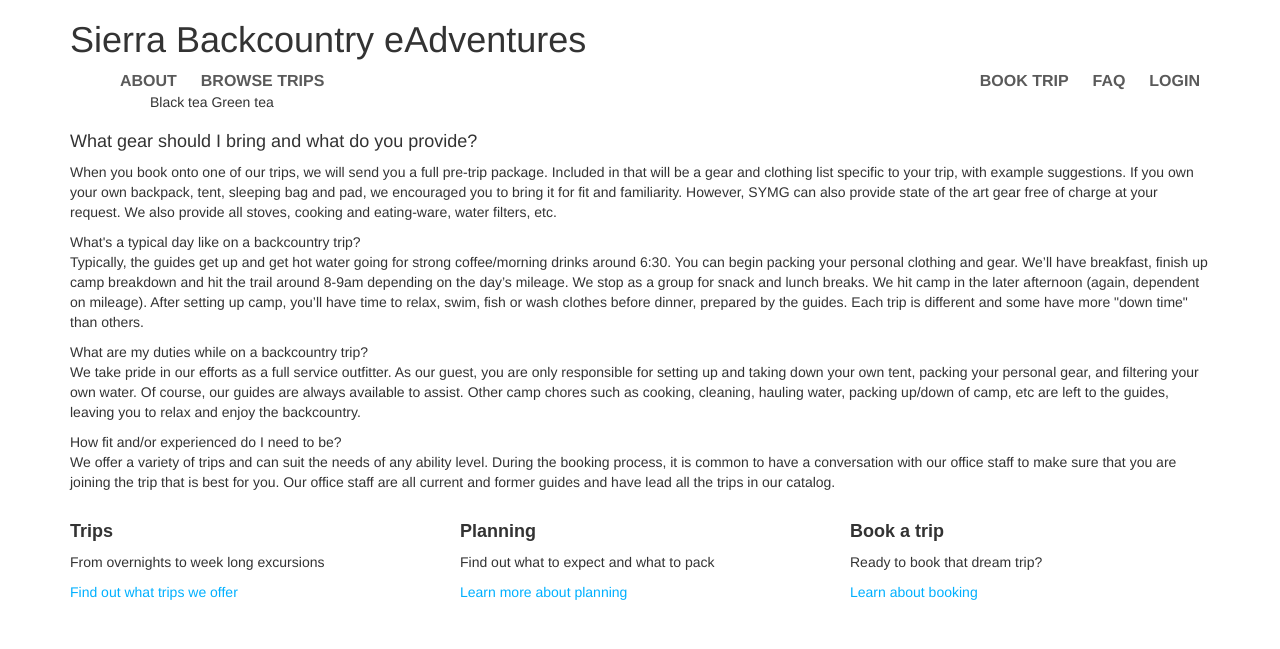
Repository: nageek17/eadventures
Page: http://localhost/faq.php
The author's editor kept a record of every edit. The page is drawn from the files as they stood at one moment, then again after the next edit.
The browser window is 1280 px wide. The pictures show the whole page.
Some web libraries are served in a nearby version. The page is run by PHP 8.4 with error messages shown; the project is at /var/www/html/.

Above is the page before.
Console error (its wording comes from the project's code and is left out).

After the next edit:
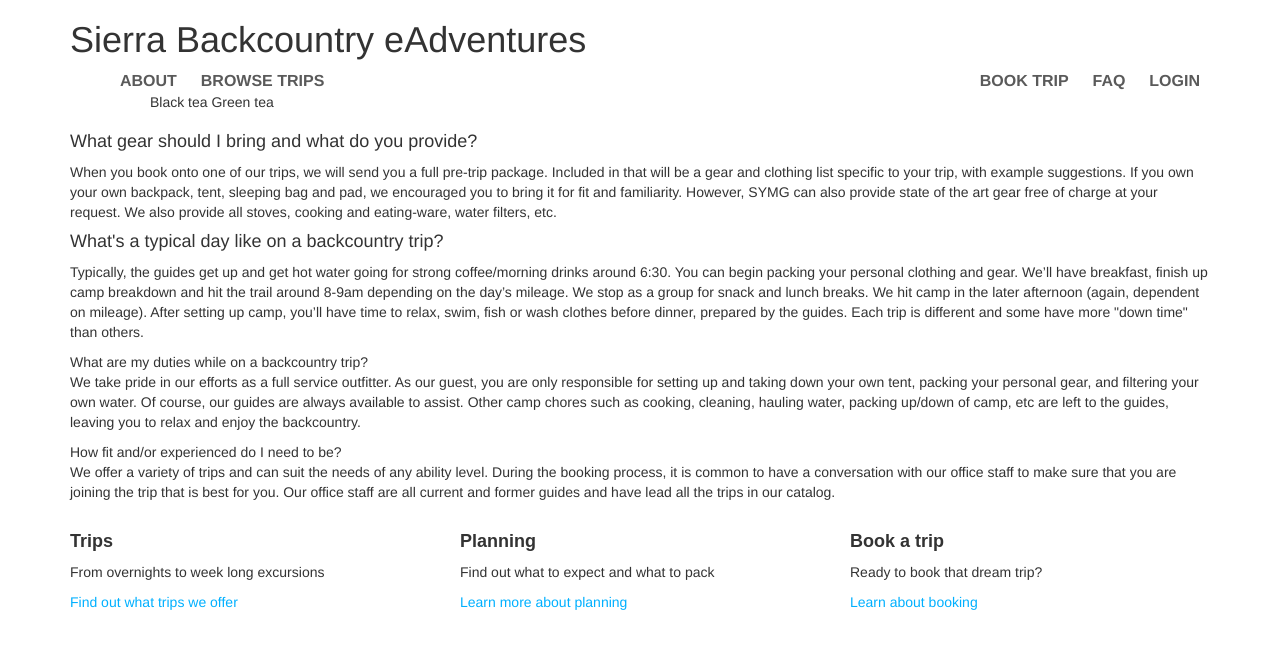
The edit:
--- a/faq.php
+++ b/faq.php
@@ -8,7 +8,8 @@
 <p>
 When you book onto one of our trips, we will send you a full pre-trip package. Included in that will be a gear and clothing list specific to your trip, with example suggestions. If you own your own backpack, tent, sleeping bag and pad, we encouraged you to bring it for fit and familiarity. However, SYMG can also provide state of the art gear free of charge at your request. We also provide all stoves, cooking and eating-ware, water filters, etc.
 </p>
-<p>What's a typical day like on a backcountry trip?</br>
+<h4>What's a typical day like on a backcountry trip?</h4>
+<p>
 Typically, the guides get up and get hot water going for strong coffee/morning drinks around 6:30. You can begin packing your personal clothing and gear. We’ll have breakfast, finish up camp breakdown and hit the trail around 8-9am depending on the day’s mileage. We stop as a group for snack and lunch breaks. We hit camp in the later afternoon (again, dependent on mileage). After setting up camp, you’ll have time to relax, swim, fish or wash clothes before dinner, prepared by the guides. Each trip is different and some have more "down time" than others.
 </p>
 <p>What are my duties while on a backcountry trip?</br>
